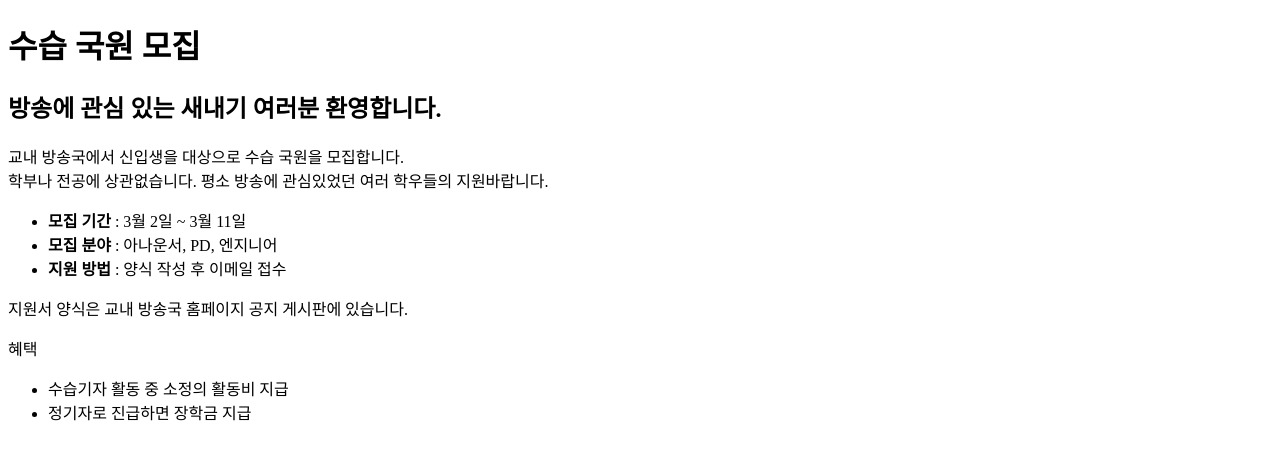
Repository: jinaa11/Kcc_Web
Page: Html/WebContent/mission.html
These files come from the project's save history. The page is drawn as it stood at one moment and after the next save; the edit follows.
The browser window is 1280 px wide. The pictures show the whole page.

Above is the page before, as saved 2024-07-08 05:14:25.

After the next save:
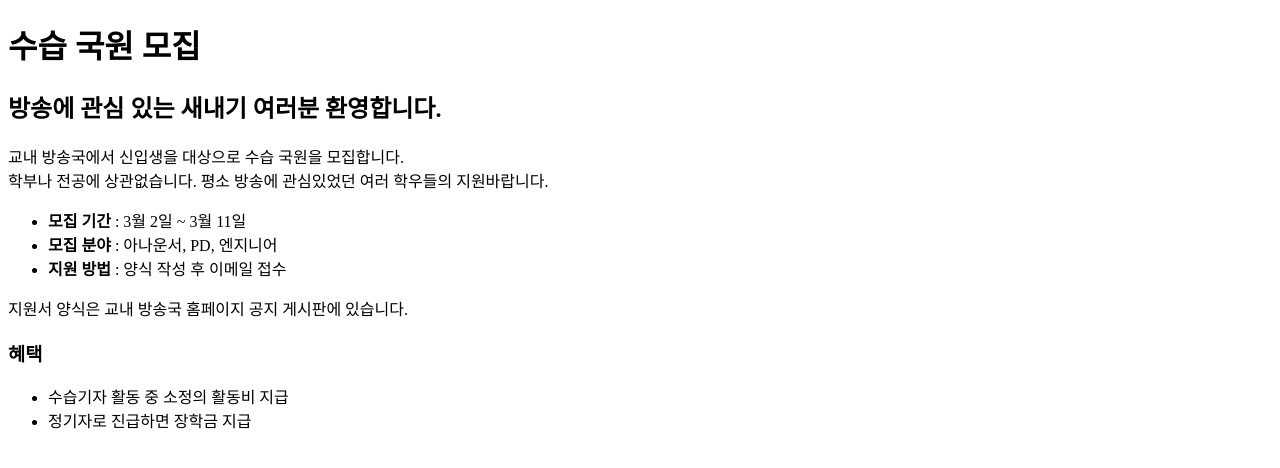
Saved 12 s later.
--- a/Html/WebContent/mission.html
+++ b/Html/WebContent/mission.html
@@ -17,7 +17,7 @@
 </ul>
 지원서 양식은 교내 방송국 홈페이지 공지 게시판에 있습니다.<p>
 
-혜택<br>
+<h3>혜택</h3>
 <ul>
 <li>수습기자 활동 중 소정의 활동비 지급</li>
 <li>정기자로 진급하면 장학금 지급</li>
